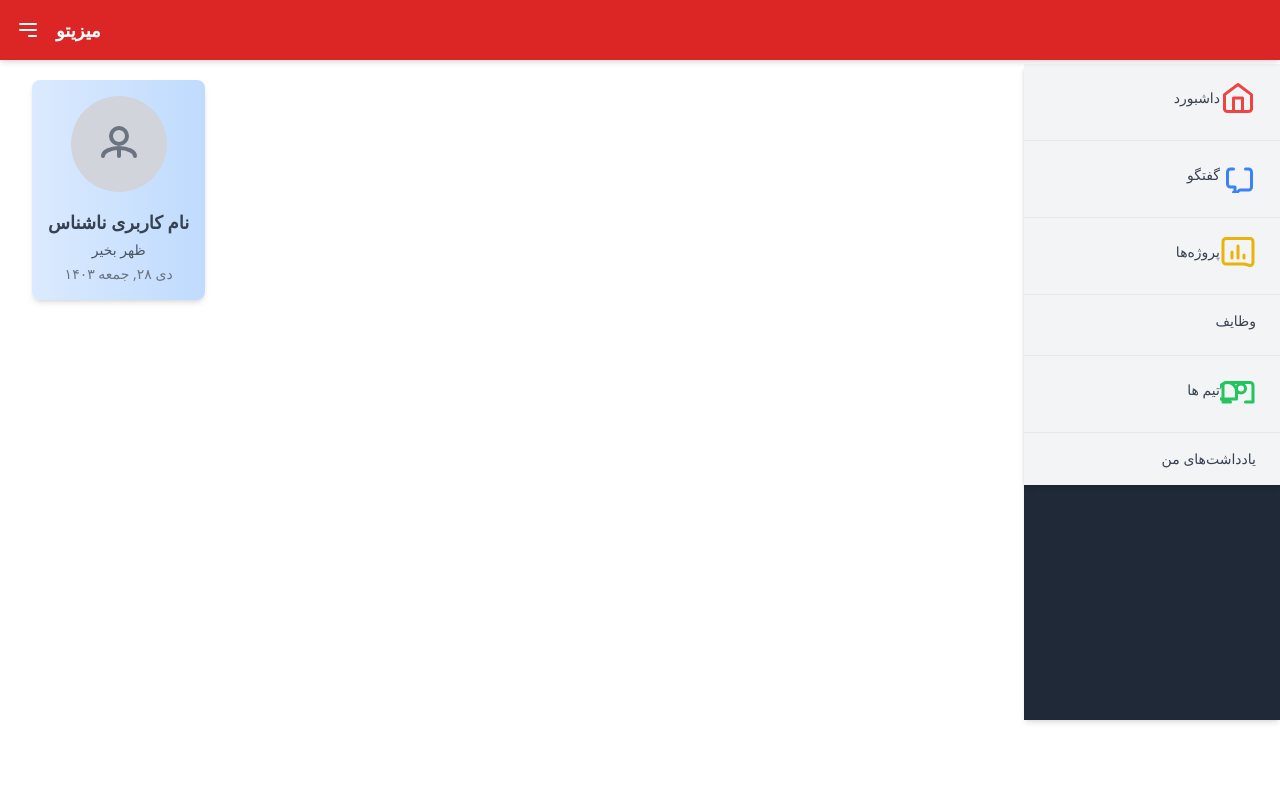
Repository: spnovaa/work-hive
Page: / (app in front_end/)
The author's editor kept a copy of each file at every save. The page is drawn from the files as they stood at one save, then again after the next save.
The browser window is 1280 px wide. The pictures show the whole page.
The page's requests for data from a server got no answer. The project was rebuilt for these pictures with package versions that can differ from the ones it lists, and the page was loaded fresh each time. No one was signed in, and anything a server would have sent is missing. Also part of the build but not shown: front_end/src/api/auth.js, front_end/src/components/loadingSpinner.jsx, front_end/src/pages/login.jsx, front_end/src/pages/registration.jsx, front_end/src/common/axiosInstance.js, front_end/src/components/profile/profileSettingsModal.jsx, front_end/src/components/profile/dropdown.jsx, front_end/src/components/project/projectCardComponent.jsx and 10 more.

Above is the page before, as saved 2025-01-18 14:11:57.

### front_end/src/index.js
import React from 'react';
import ReactDOM from 'react-dom/client'; // Import from 'react-dom/client' for React 18+
import './styles/globals.css';
import App from './App';

// Create a root element for rendering the React application
const root = ReactDOM.createRoot(document.getElementById('root'));

// Use the new `render` method for React 18+
root.render(
  <React.StrictMode>
    <App />
  </React.StrictMode>
);

### front_end/src/App.jsx
import React, { useState } from 'react';
import { BrowserRouter as Router, Routes, Route } from 'react-router-dom';
import Login from './pages/login';
import Registration from './pages/registration';
import Home from './pages/home';
import ProjectsDashboard from './components/project/projectDashboard.jsx';
import ProjectDetails from './components/project/projectDetails.jsx';
import NewProject from './components/project/newProject.jsx';
import DashboardSidebar from './components/dashboardSidebar';
import TaskPage from './components/task/taskPage.jsx';
import TeamList from './components/team/teamList.jsx';
import TopBar from './components/topBar.jsx';

function App() {
  const [sidebarVisible, setSidebarVisible] = useState(true);

  const toggleSidebar = () => {
    setSidebarVisible((prev) => !prev);
  };

  return (
    <Router>
      <div className="flex flex-col h-screen">
        <div className="w-full bg-red-600 shadow-md fixed top-0 z-20">
          <TopBar toggleSidebar={toggleSidebar} />
        </div>

        <div className="flex flex-grow">
          {sidebarVisible && (
            <div className="w-64 bg-gray-800 fixed top-16 bottom-0 right-0 z-10 shadow-md">
              <DashboardSidebar />
            </div>
          )}
          <div
            className={`flex-grow ${
              sidebarVisible ? 'pr-64' : ''
            } pt-16 p-4 transition-all duration-300`}
          >
            <Routes>
              <Route path="/login" element={<Login />} />
              <Route path="/register" element={<Registration />} />
              <Route path="/" element={<Home />} />
              <Route path="/projects" element={<ProjectsDashboard />} />
              <Route path="/projects/new" element={<NewProject />} />
              <Route path="/projects/:projectId" element={<ProjectDetails />} />
              <Route path="/tasks" element={<TaskPage />} />
              <Route path="/teams" element={<TeamList />} />
            </Routes>
          </div>
        </div>
      </div>
    </Router>
  );
}

export default App;

### front_end/src/pages/home.jsx
import React, { useState } from 'react';
import ProfileSection from '../components/profile/profileSection';
import { useLocation } from 'react-router-dom';
import DashboardSidebar from '../components/dashboardSidebar';
import  ProfileSettingsModal  from '../components/profile/profileSettingsModal.jsx'
function Home() {
  const [isModalOpen, setIsModalOpen] = useState(false);

    const openModal = () => {
        setIsModalOpen(true);
    };

    const closeModal = () => {
        setIsModalOpen(false);
    };
  const location = useLocation();
  const name = location.state?.name || "نام کاربری ناشناس";
  const [background, setBackground] = useState('bg-white');
  const handleBackgroundChange = (bg) => {
    setBackground(bg);
  };
  const getCurrentDate = () => {
    const options = { weekday: 'long', year: 'numeric', month: 'long', day: 'numeric' };
    return new Date().toLocaleDateString('fa-IR', options);
  };
  return (
    <div className={`h-screen ${background} `}>
      <div className="absolute top-20 left-8">
        <ProfileSection
          name={name}
          greeting="ظهر بخیر"
          date={getCurrentDate()}
          onBackgroundChange={handleBackgroundChange}
          onSettingsClick={openModal}
        />
      </div>
      <ProfileSettingsModal show={isModalOpen} onClose={closeModal} />
    </div>
  );
}

export default Home;

### front_end/src/components/dashboardSidebar.jsx
import React from 'react';
import { useNavigate } from 'react-router-dom';

function SidebarItem({ icon, label, onClick }) {
    return (
        <div
            className="className=flex items-center justify-start flex-row-reverse p-4 cursor-pointer hover:bg-gray-100"
            onClick={onClick}
        >
            <div className="flex items-center">
                <span className="text-lg text-gray-700 mr-2">{icon}</span>
                <span className="text-gray-700 text-sm font-medium right-8">{label}</span>
            </div>

        </div>
    );
}

function DashboardSidebar() {
    const navigate = useNavigate();

    const handleNavigation = (path) => {
        navigate(path);
    };

    return (
        <div className="w-64 bg-gray-100 text-white shadow-md p-0 " dir="rtl" >
            <SidebarItem
                icon={
                    <svg
                        xmlns="http://www.w3.org/2000/svg"
                        className="h-9 w-9 text-red-500"
                        fill="none"
                        viewBox="0 0 24 24"
                        stroke="currentColor"
                    >
                        <path
                            strokeLinecap="round"
                            strokeLinejoin="round"
                            strokeWidth="2"
                            d="M3 9.75L12 3l9 6.75v9.75A2.25 2.25 0 0118.75 21H5.25A2.25 2.25 0 013 19.5V9.75z"
                        />
                        <path
                            strokeLinecap="round"
                            strokeLinejoin="round"
                            strokeWidth="2"
                            d="M9 21V12h6v9"
                        />
                    </svg>
                }
                label="داشبورد"
                onClick={() => handleNavigation('/')}
            />
            <hr className="w-full border-gray-200 mt-2" />
            <SidebarItem
               icon={
                <svg
                  xmlns="http://www.w3.org/2000/svg"
                  className="h-9 w-9 text-blue-500"
                  fill="none"
                  viewBox="0 0 24 24"
                  stroke="currentColor"
                >
                  <path
                    strokeLinecap="round"
                    strokeLinejoin="round"
                    strokeWidth="2"
                    d="M17 8h2a2 2 0 012 2v10a2 2 0 01-2 2h-5.586a1 1 0 00-.707.293l-2.707 2.707A1 1 0 0110 23V20H7a2 2 0 01-2-2V10a2 2 0 012-2h2"
                  />
                </svg>
              }
                label="گفتگو"
                onClick={() => handleNavigation('/conversations')}
            />
              <hr className="w-full border-gray-200 mt-2" />
            <SidebarItem
                icon={
                    <svg
                      xmlns="http://www.w3.org/2000/svg"
                      className="h-9 w-9 text-yellow-500"
                      fill="none"
                      viewBox="0 0 24 24"
                      stroke="currentColor"
                    >
                      <path
                        strokeLinecap="round"
                        strokeLinejoin="round"
                        strokeWidth="2"
                        d="M8 16v-4m4 4V8m4 8v-2m0 6H4a2 2 0 01-2-2V5a2 2 0 012-2h16a2 2 0 012 2v14a2 2 0 01-2 2z"
                      />
                    </svg>
                  }
                label="پروژه‌ها"
                onClick={() => handleNavigation('/projects')}
            />
              <hr className="w-full border-gray-200 mt-2" />
            <SidebarItem
                icon={<i className="fas fa-tasks" />}
                label="وظایف"
                onClick={() => handleNavigation('/tasks')}
            />
              <hr className="w-full border-gray-200 mt-2" />
            <SidebarItem
              icon={
                <svg
                  xmlns="http://www.w3.org/2000/svg"
                  className="h-9 w-9 text-green-500"
                  fill="none"
                  viewBox="0 0 24 24"
                  stroke="currentColor"
                >
                  <path
                    strokeLinecap="round"
                    strokeLinejoin="round"
                    strokeWidth="2"
                    d="M17 20h5V9a2 2 0 00-2-2H4a2 2 0 00-2 2v11h5m10-9a3 3 0 11-6 0 3 3 0 016 0zm-6 2a6 6 0 00-12 0v5h12v-5z"
                  />
                </svg>
              }
                label="تیم ها"
                onClick={() => handleNavigation('/teams')}
            />
              <hr className="w-full border-gray-200 mt-2" />
            <SidebarItem
                icon={<i className="fas fa-sticky-note" />}
                label="یادداشت‌های من"
                onClick={() => handleNavigation('/notes')}
            />
        </div>
    );
}

export default DashboardSidebar;

### front_end/src/components/topBar.jsx
import React from 'react';

function TopBar({ toggleSidebar }) {
  return (
    <div className="flex items-center justify-between p-4">
      <div className="flex items-center">
        <button
          onClick={toggleSidebar}
          className="mr-4 cursor-pointer text-white"
        >
          <svg
            xmlns="http://www.w3.org/2000/svg"
            className="h-6 w-6"
            fill="none"
            viewBox="0 0 24 24"
            stroke="currentColor"
          >
            <path
              strokeLinecap="round"
              strokeLinejoin="round"
              strokeWidth="2"
              d="M4 6h16M4 12h16m-7 6h7"
            />
          </svg>
        </button>
        <div className="text-white text-lg font-bold">میزیتو</div>
      </div>
    </div>
  );
}

export default TopBar;

### front_end/src/components/profile/profileSection.jsx
import React, { useState, useEffect, useRef } from 'react';
import ProfileDropdown from './dropdown.jsx';

const ProfileSection = ({ name, greeting, date, onBackgroundChange ,onSettingsClick}) => {
  const [isDropdownOpen, setIsDropdownOpen] = useState(false);
  const dropdownRef = useRef(null);

  const toggleDropdown = () => {
    setIsDropdownOpen((prev) => !prev);
  };

  useEffect(() => {
    const handleClickOutside = (event) => {
      if (dropdownRef.current && !dropdownRef.current.contains(event.target)) {
        setIsDropdownOpen(false);
      }
    };

    document.addEventListener('mousedown', handleClickOutside);
    return () => {
      document.removeEventListener('mousedown', handleClickOutside);
    };
  }, []);

  return (
    <div className="relative">
  <div
    className={`relative z-0 p-4 bg-gradient-to-r from-blue-100 to-blue-200 rounded-lg shadow-md max-w-xs cursor-pointer ${
      isDropdownOpen ? 'hidden' : ''
    }`}
    onClick={toggleDropdown}
  >
    <div className="flex flex-col items-center">
      <div className="bg-gray-300 w-24 h-24 rounded-full flex items-center justify-center mb-4">
        <svg
          xmlns="http://www.w3.org/2000/svg"
          className="h-12 w-12 text-gray-500"
          fill="none"
          viewBox="0 0 24 24"
          stroke="currentColor"
        >
          <path
            strokeLinecap="round"
            strokeLinejoin="round"
            strokeWidth="2"
            d="M12 12c2.21 0 4-1.79 4-4s-1.79-4-4-4-4 1.79-4 4 1.79 4 4 4zM12 14c-4.418 0-8 1.79-8 4m8-4c4.418 0 8 1.79 8 4m-8-4v4"
          />
        </svg>
      </div>
      <h2 className="text-lg font-semibold text-gray-700">{name}</h2>
      <p className="text-sm text-gray-600 mt-1">{greeting}</p>
      <p className="text-sm text-gray-500 mt-1">{date}</p>
    </div>
  </div>

  {isDropdownOpen && (
    <div
      ref={dropdownRef}
      className="absolute top-0 left-0  bg-white rounded-lg shadow-lg p-4 w-full"
    >
      <ProfileDropdown onBackgroundChange={onBackgroundChange} onSettingsClick={onSettingsClick} />
    </div>
  )}
</div>

  );
};

export default ProfileSection;

Loaded but not shown: front_end/public/index.html (common file); front_end/src/styles/globals.css (common file); front_end/tailwind.config.js (common file)

After the next save:
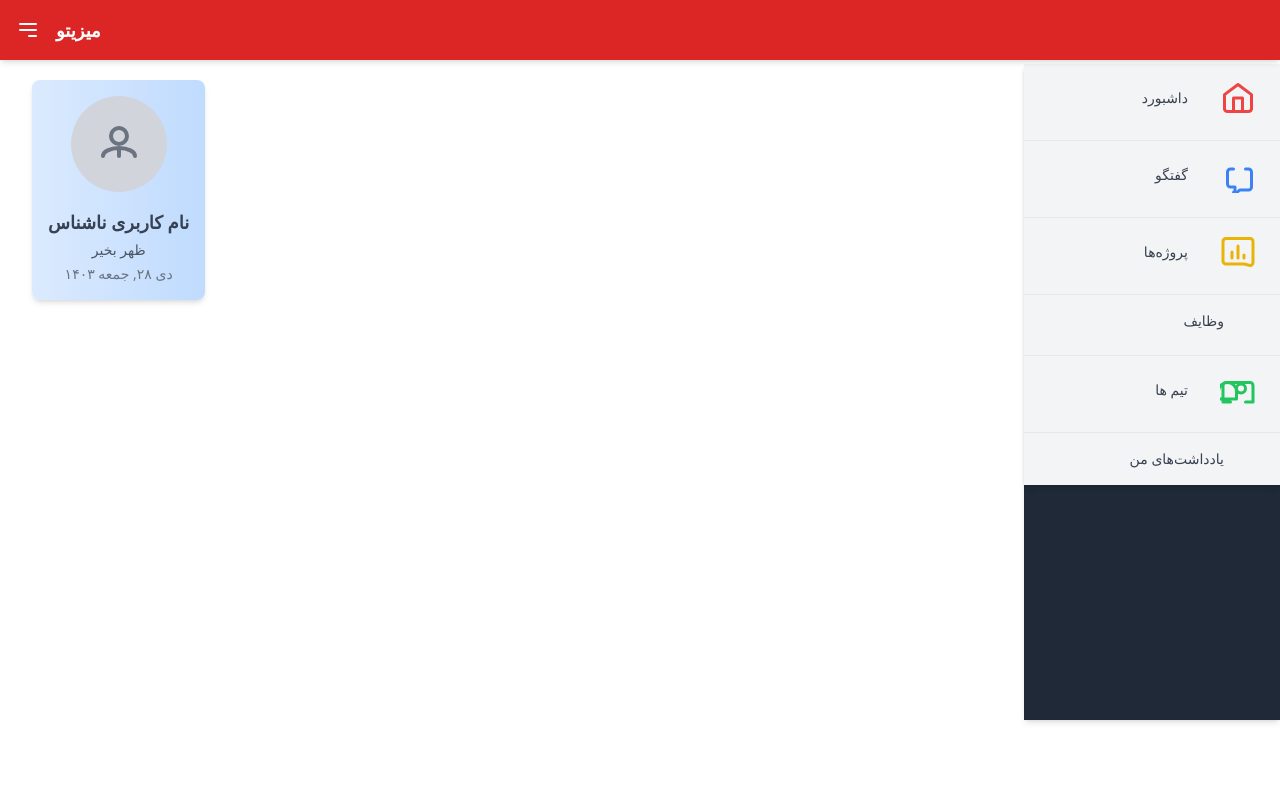
Saved 20 s later.
--- a/front_end/src/components/dashboardSidebar.jsx
+++ b/front_end/src/components/dashboardSidebar.jsx
@@ -9,7 +9,7 @@ function SidebarItem({ icon, label, onClick }) {
         >
             <div className="flex items-center">
                 <span className="text-lg text-gray-700 mr-2">{icon}</span>
-                <span className="text-gray-700 text-sm font-medium right-8">{label}</span>
+                <span className="text-gray-700 text-sm font-medium mr-8">{label}</span>
             </div>
 
         </div>
